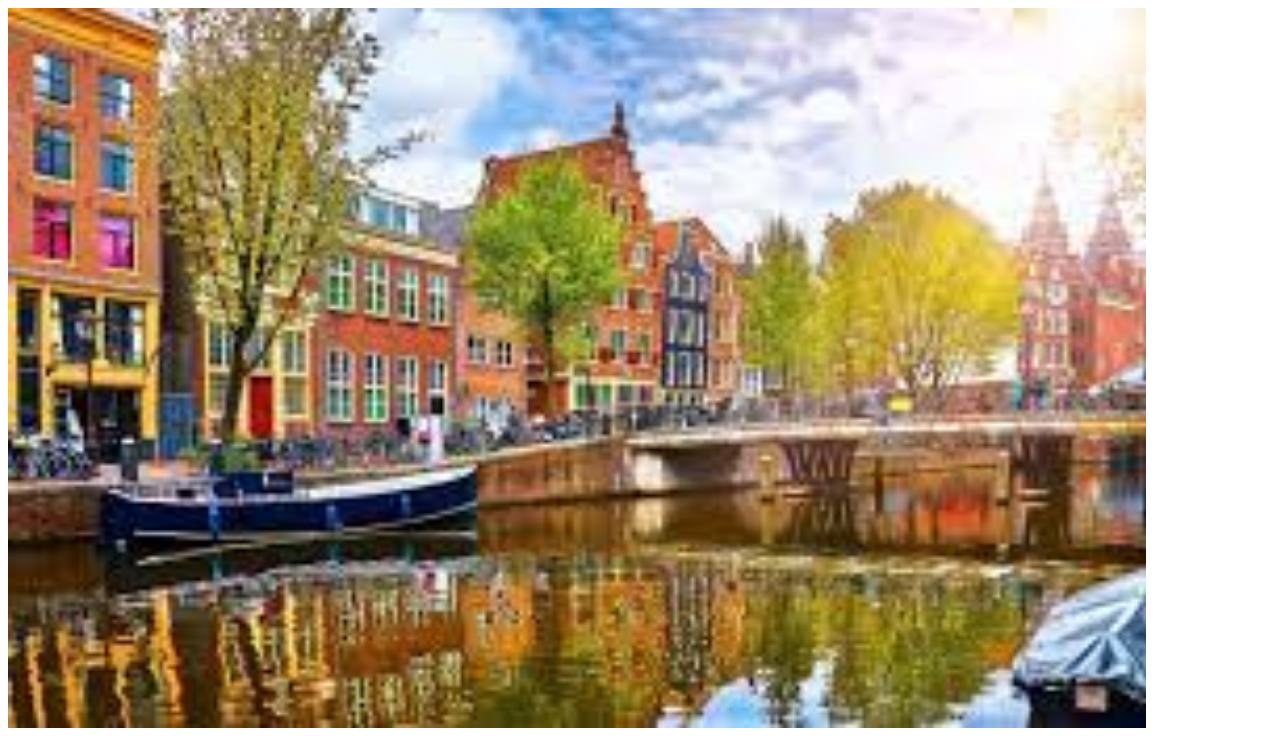
Repository: AytacSafarova/TAsk-11
Page: index.html
These files come from the project's save history. The page is drawn as it stood at one moment and after the next save; the edit follows.
The browser window is 1280 px wide. The pictures show the whole page.

Above is the page before, as saved 2023-08-31 21:38:09.

### index.html
<!DOCTYPE html>
<html lang="en">
<head>
    <meta charset="UTF-8">
    <meta name="viewport" content="width=device-width, initial-scale=1.0">
    <title>Document</title>
</head>
<style>
    .container{
        background-image: url('./download\ \(1\).jfif');
      min-height: 100vh;
        width: 90%;
        background-repeat: no-repeat;
        background-size: cover;
    }
</style>
<body>
    <div class="container">

    </div>

</body>
<script src="./index.js"></script>
</html>

### index.js
// fetch("https://api.chucknorris.io/jokes/random")
//   .then((response) => {
//     return response.json();
//   })
//   .then((data) => {
//     console.log(data);
//   });

console.log(window);

After the next save:
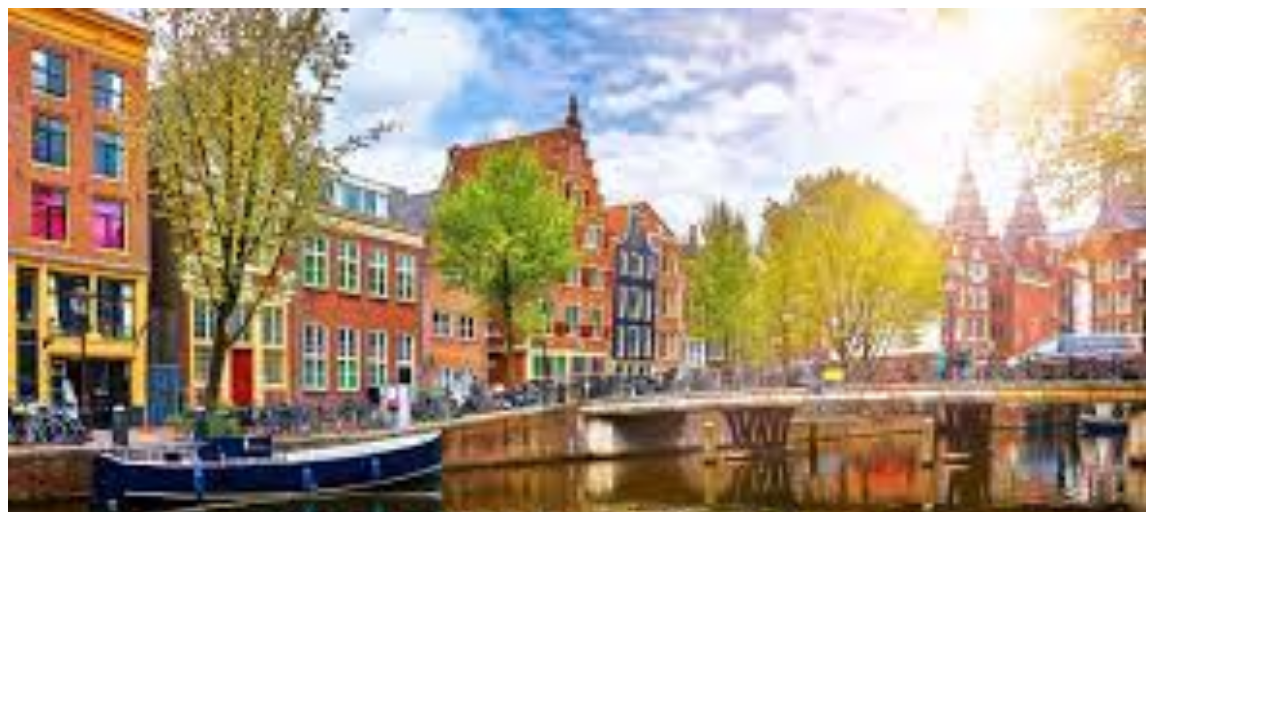
Saved 4 s later.
--- a/index.html
+++ b/index.html
@@ -8,7 +8,7 @@
 <style>
     .container{
         background-image: url('./download\ \(1\).jfif');
-      min-height: 100vh;
+      min-height: 70vh;
         width: 90%;
         background-repeat: no-repeat;
         background-size: cover;
